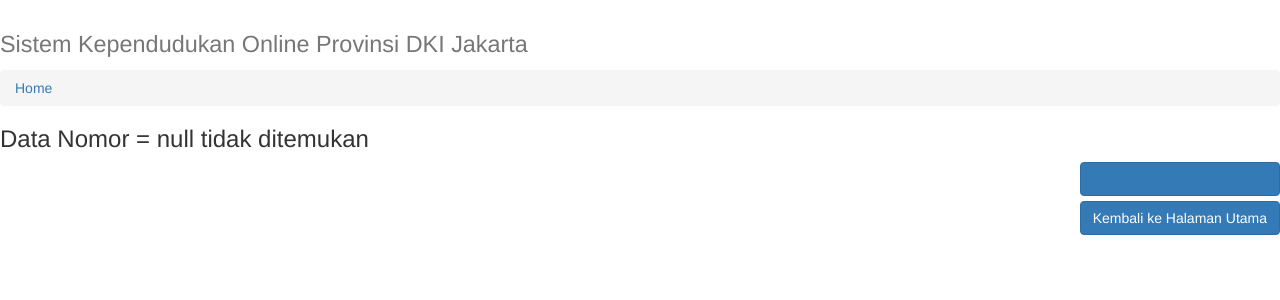
Repository: apap-2017/tugas1_1406544135
Page: http://localhost/sukses
These files come from the project's save history. The page is drawn as it stood at one moment and after the next save; the edit follows.
The browser window is 1280 px wide. The pictures show the whole page.
The page is this project's Thymeleaf template; nobody is signed in. The template is opened directly, without the code that normally fills it, so the values that code supplies are empty.

Above is the page before, as saved 2017-10-10 15:14:12.

After the next save:
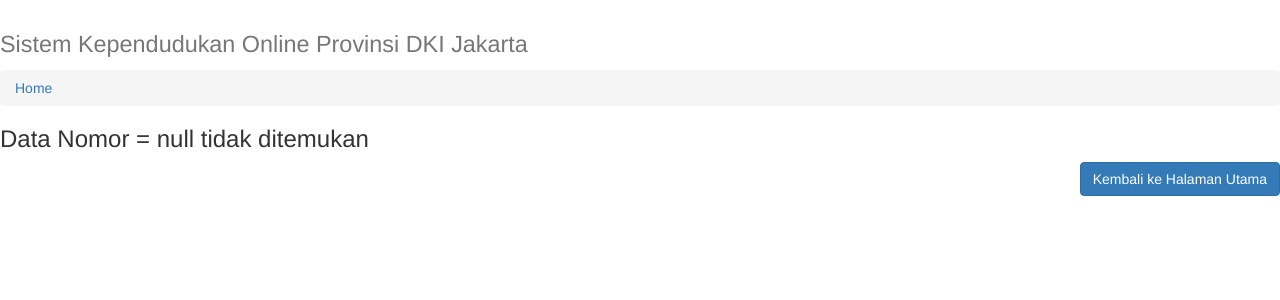
Saved 45 s later.
--- a/Tugas1_1406544135/src/main/resources/templates/sukses.html
+++ b/Tugas1_1406544135/src/main/resources/templates/sukses.html
@@ -18,8 +18,7 @@
        	<h3 th:text="'Data Nomor = ' + ${nomor}+ ' tidak ditemukan'">tidak ditemukan</h3>
 		<div class="box-footer">
 			<div class="pull-right">
-				<input type="submit" class="btn btn-primary btn-block btn-flat"
-					value="" /> <a th:href="@{/}"
+				<a th:href="@{/}"
 					class="btn btn-primary btn-block btn-flat">Kembali ke Halaman Utama</a>
 			</div>
 		</div>
